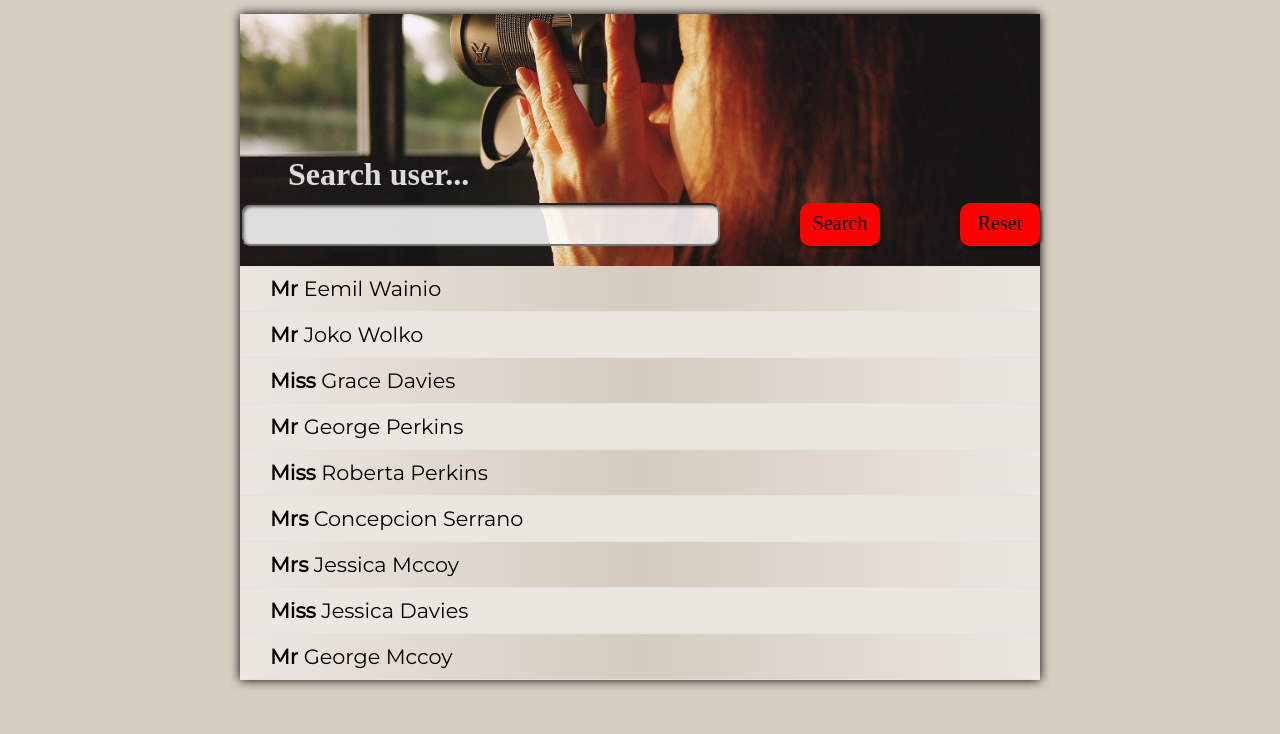
Repository: KrzysKolo/sr_tydzien5_zad4
Page: /
The author's editor kept a copy of each file at every save. The page is drawn from the files as they stood at one save, then again after the next save.
The browser window is 1280 px wide. The pictures show the whole page.
Some web fonts or font styles are not loaded; a fallback is used. The project was rebuilt for these pictures with package versions that can differ from the ones it lists, and the page was loaded fresh each time.

Above is the page before, as saved 2021-01-03 06:44:07.

### public/index.html
<!DOCTYPE html>
<html lang="en">
  <head>
    <meta charset="utf-8" />
    <link rel="icon" href="%PUBLIC_URL%/favicon.ico" />
    <meta name="viewport" content="width=device-width, initial-scale=1" />
    <meta name="theme-color" content="#000000" />
    <meta
      name="description"
      content="Web site created using create-react-app"
    />
    <link rel="apple-touch-icon" href="%PUBLIC_URL%/logo192.png" />
    <!--
      manifest.json provides metadata used when your web app is installed on a
      user's mobile device or desktop. See https://developers.google.com/web/fundamentals/web-app-manifest/
    -->
    <link rel="manifest" href="%PUBLIC_URL%/manifest.json" />
    <!--
      Notice the use of %PUBLIC_URL% in the tags above.
      It will be replaced with the URL of the `public` folder during the build.
      Only files inside the `public` folder can be referenced from the HTML.

      Unlike "/favicon.ico" or "favicon.ico", "%PUBLIC_URL%/favicon.ico" will
      work correctly both with client-side routing and a non-root public URL.
      Learn how to configure a non-root public URL by running `npm run build`.
    -->
    <link rel="preconnect" href="https://fonts.gstatic.com">
<link href="https://fonts.googleapis.com/css2?family=Finger+Paint&family=Montserrat&family=Over+the+Rainbow&family=Peralta&display=swap" rel="stylesheet">
    <title>User search</title>
  </head>
  <body>
    <noscript>You need to enable JavaScript to run this app.</noscript>
    <div id="root"></div>
    <!--
      This HTML file is a template.
      If you open it directly in the browser, you will see an empty page.

      You can add webfonts, meta tags, or analytics to this file.
      The build step will place the bundled scripts into the <body> tag.

      To begin the development, run `npm start` or `yarn start`.
      To create a production bundle, use `npm run build` or `yarn build`.
    -->
  </body>
</html>

### src/App.js
import React from 'react';
import UsersContainer from './components/UsersContainer';
import Header from './components/Header';
import './App.css';


const App = () => {

  return (
    <section>
      <Header />
      <UsersContainer/>
    </section>
  )
}

export default App;

### src/components/UsersContainer.js
import React, { useState, useEffect } from 'react';


const UsersContainer = () => {

  const UsersAPI = '/users.json';

  const [ users, setUsers ] = useState([]);

  useEffect(() => {

    fetch(UsersAPI)
      .then(res => res.json())
      .then(data => {
        console.log(data.users);
        setUsers(data.users);
      })
    }, []);

    const user = users.map(user => (
      <li className="user" key={user.id}><b>{user.title}</b> {user.first} {user.last}</li>
    ))
    return (
        <ul>
					{user}
        </ul>
    )
}

export default UsersContainer;

### src/components/Header.js
import React from 'react';
import Button from './formComponents/Button';
const Header = () => {
    return (
        <div className="header__section">
            <h1 className="header__title">Search user...</h1>
            <form className="header__search-wrapper">
                <input className="header__search" type="text" />
                <Button values="Search" />
                <Button values="Reset" />
            </form>
        </div>
    )
}

export default Header;

### src/App.css
* {
  box-sizing: border-box;
  padding: 0;
  margin: 0;
}
body {
  height: 100vh;
  width: 100vw;
  background-color: rgba(206, 194, 179, 0.8);
}
section {
  margin: 2vh auto;
  width: 70%;
  max-width: 800px;
  display: flex;
  flex-direction: column;
  box-shadow: 0 0 10px #000;
}
.header__section {
  height: 35vh;
  background-image: url("./images/girl.jpg");
  background-position: center;
  background-size: cover;
  display: flex;
  flex-direction: column;
  justify-content: flex-end;
}
.header__title {
  font-size: 2rem;
  font-family: "Peralta", cursive;
  margin: 0 auto 10px 3rem;
  color: rgba(255, 255, 255, 0.85);
}
.header__search-wrapper {
  width: 100%;
  margin-bottom: 20px;
  display: flex;
  justify-content: space-between;
}
.header__search {
  padding: 8px 10px;
  width: 60%;
  border-radius: 10px;
  background-color: rgba(255, 255, 255, 0.85);
  box-shadow: inset 2px 2px 3px 0px rgba(0, 0, 0, 0.55);
  font-size: 20px;
}
.header__search-btn {
  background: red;
  width: 10%;
  border-radius: 10px;
  box-shadow: 2px 2px 3px 0px rgba(0, 0, 0, 0.55);
  font-size: 20px;
  text-align: center;
  line-height: 40px;
}
.user {
  font-size: 1.3rem;
  font-family: "Montserrat", sans-serif;
  padding: 10px 30px;
  list-style: none;
  border-bottom: 1px solid rgb(226, 226, 226);
  background-color: rgba(255, 255, 255, 0.5);
}
.user:nth-child(odd) {
  background: linear-gradient(
    90deg,
    rgba(255, 255, 255, 0.5) 0%,
    rgba(206, 194, 179, 0.2) 50%,
    rgba(255, 255, 255, 0.5) 100%
  );
}

### src/components/formComponents/Button.js
import React from 'react';

const Button = ({ values }) => {
    return (
        <div className="header__search-btn">
            {values}
        </div>
    )
}

export default Button;

### public/users.json
{
    "users": [
      {
        "id": 1,
        "title": "Mr",
        "first": "Eemil",
        "last": "Wainio"
       },
      {
        "id": 2,
        "title": "Mr",
        "first": "Joko",
        "last": "Wolko"
      },
      {
        "id": 3,
        "title": "Miss",
        "first": "Grace",
        "last": "Davies"
      },
      {
        "id": 4,
        "title": "Mr ",
        "first": "George ",
        "last": "Perkins"
      },
      {
        "id": 5,
        "title": "Miss",
        "first": "Roberta ",
        "last": "Perkins"
      },
      {
        "id": 6,
        "title": "Mrs ",
        "first": "Concepcion ",
        "last": "Serrano"
      },
      {
        "id": 7,
        "title": "Mrs ",
        "first": "Jessica ",
        "last": "Mccoy"
      },
      {
        "id": 8,
        "title": "Miss",
        "first": "Jessica",
        "last": "Davies"
      },
      {
        "id": 9,
        "title": "Mr",
        "first": "George",
        "last": "Mccoy"
      }
    ]
  }

Loaded but not shown: src/index.js (common file)

After the next save:
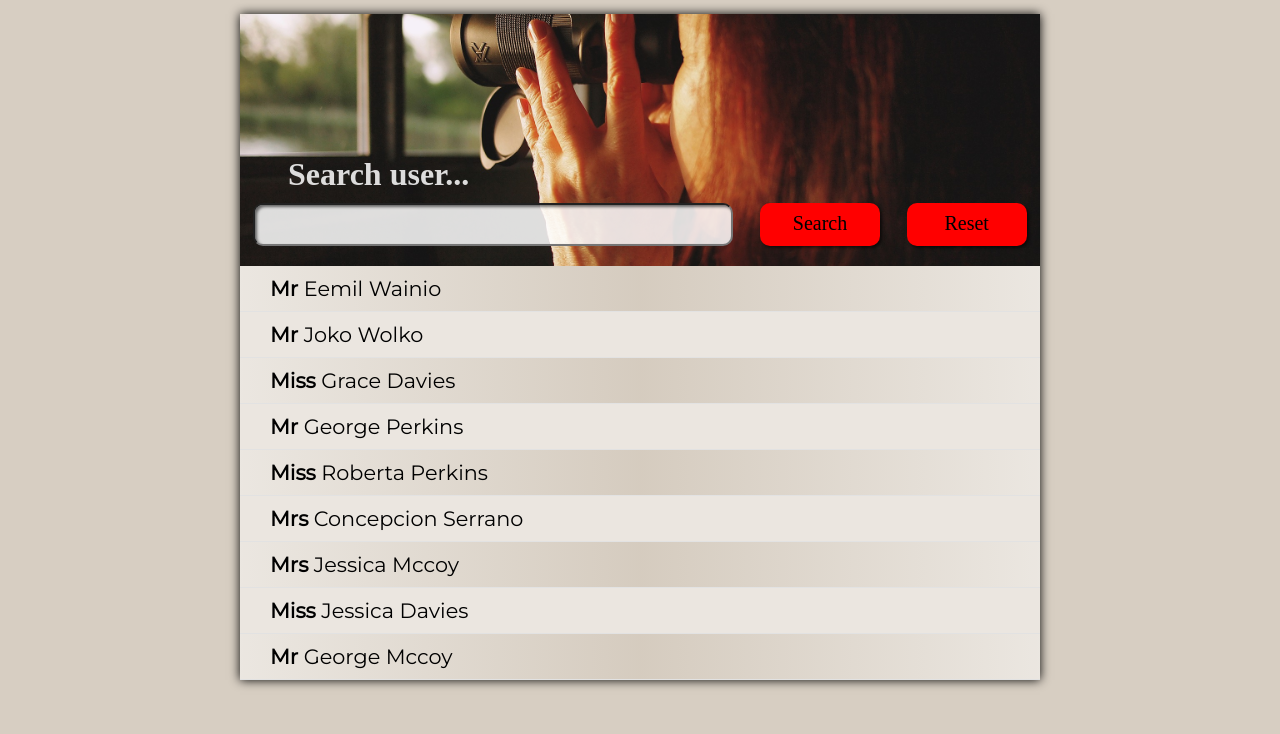
Saved 12 s later.
--- a/src/App.css
+++ b/src/App.css
@@ -35,7 +35,7 @@ section {
   width: 100%;
   margin-bottom: 20px;
   display: flex;
-  justify-content: space-between;
+  justify-content: space-around;
 }
 .header__search {
   padding: 8px 10px;
@@ -47,7 +47,7 @@ section {
 }
 .header__search-btn {
   background: red;
-  width: 10%;
+  width: 15%;
   border-radius: 10px;
   box-shadow: 2px 2px 3px 0px rgba(0, 0, 0, 0.55);
   font-size: 20px;
